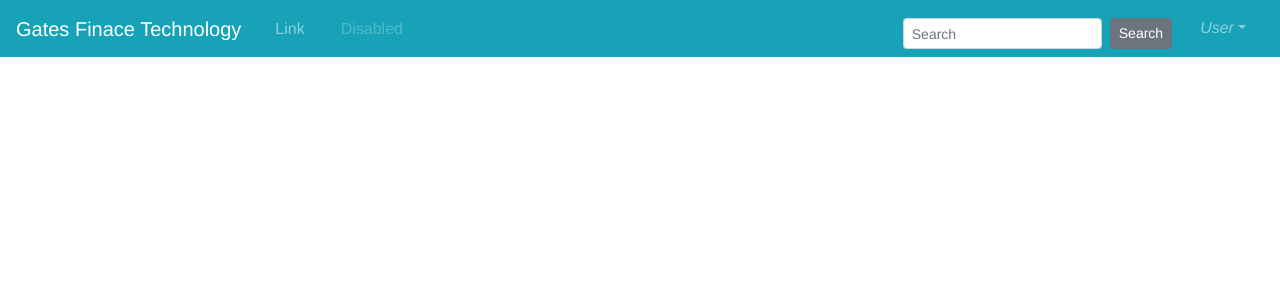
Repository: sqsssq/GatesFinace
Page: /main (app in webview/)
These files come from the project's save history. The page is drawn as it stood at one moment and after the next save; the edit follows.
The browser window is 1280 px wide. The pictures show the whole page.
The project was rebuilt for these pictures with package versions that can differ from the ones it lists, and the page was loaded fresh each time. Also part of the build but not shown: webview/src/components/HelloWorld.vue, webview/src/views/Home.vue.

Above is the page before, as saved 2020-11-03 09:11:44.

After the next save:
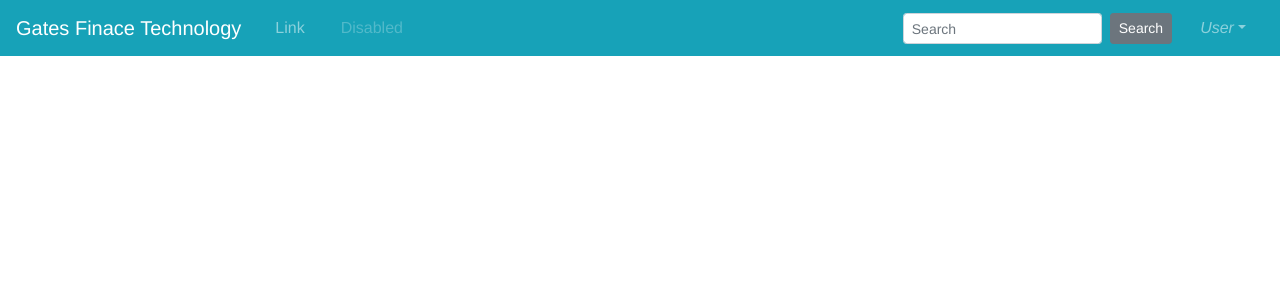
Saved 4 s later.
--- a/webview/src/components/gatesNavbar.vue
+++ b/webview/src/components/gatesNavbar.vue
@@ -31,7 +31,7 @@
 
         <!-- Right aligned nav items -->
         <b-navbar-nav class="ml-auto">
-          <b-nav-form style="padding-top: 10px">
+          <b-nav-form style="padding-top: 5px">
             <b-form-input
               size="sm"
               class="mr-sm-2"
